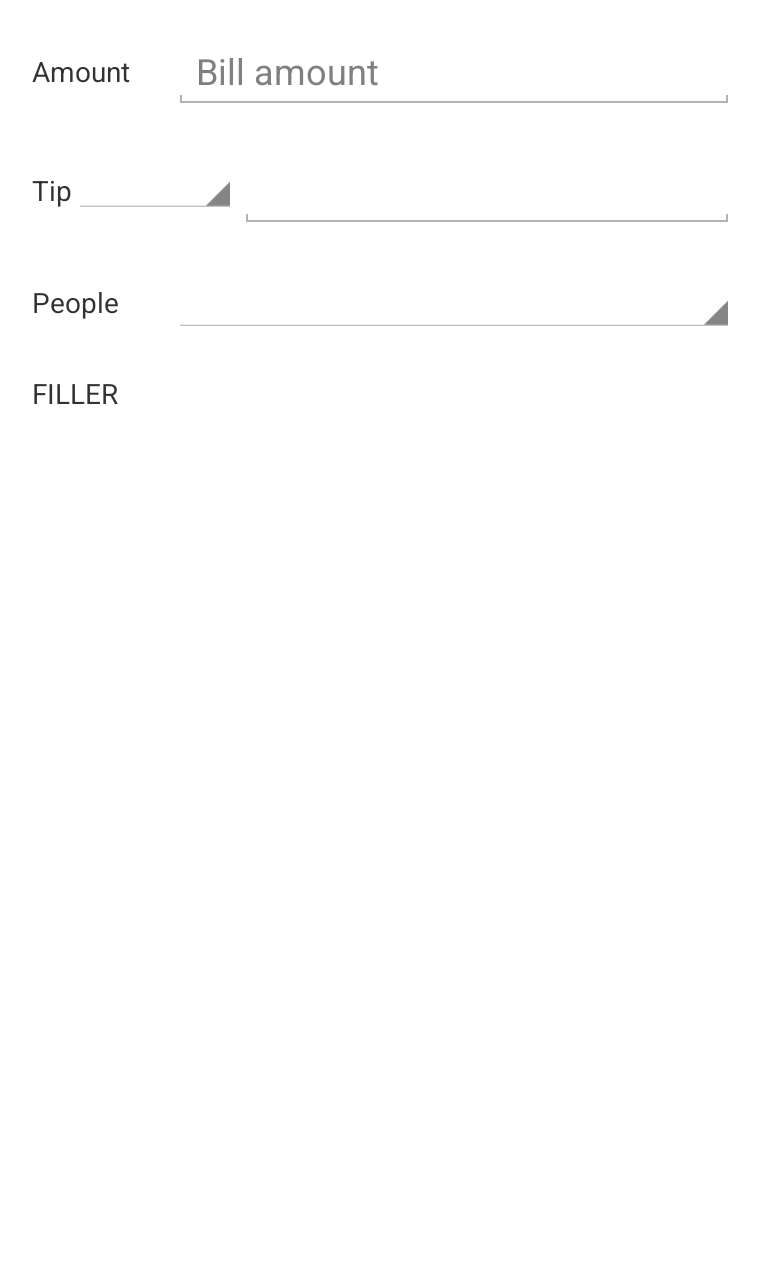
Repository: ericMedeiros93/Android-Dev
Layout: TipSplit/res/layout/activity_main.xml
The author's editor kept a copy of each file at every save. The layout is drawn from the files as they stood at one save, then again after the next save.
It is drawn on a 768 x 1280 px phone screen (xhdpi) without system bars, with theme AppTheme; the app's code is not run.

Above is the layout before, as saved 2014-09-12 15:39:05.

After the next save:
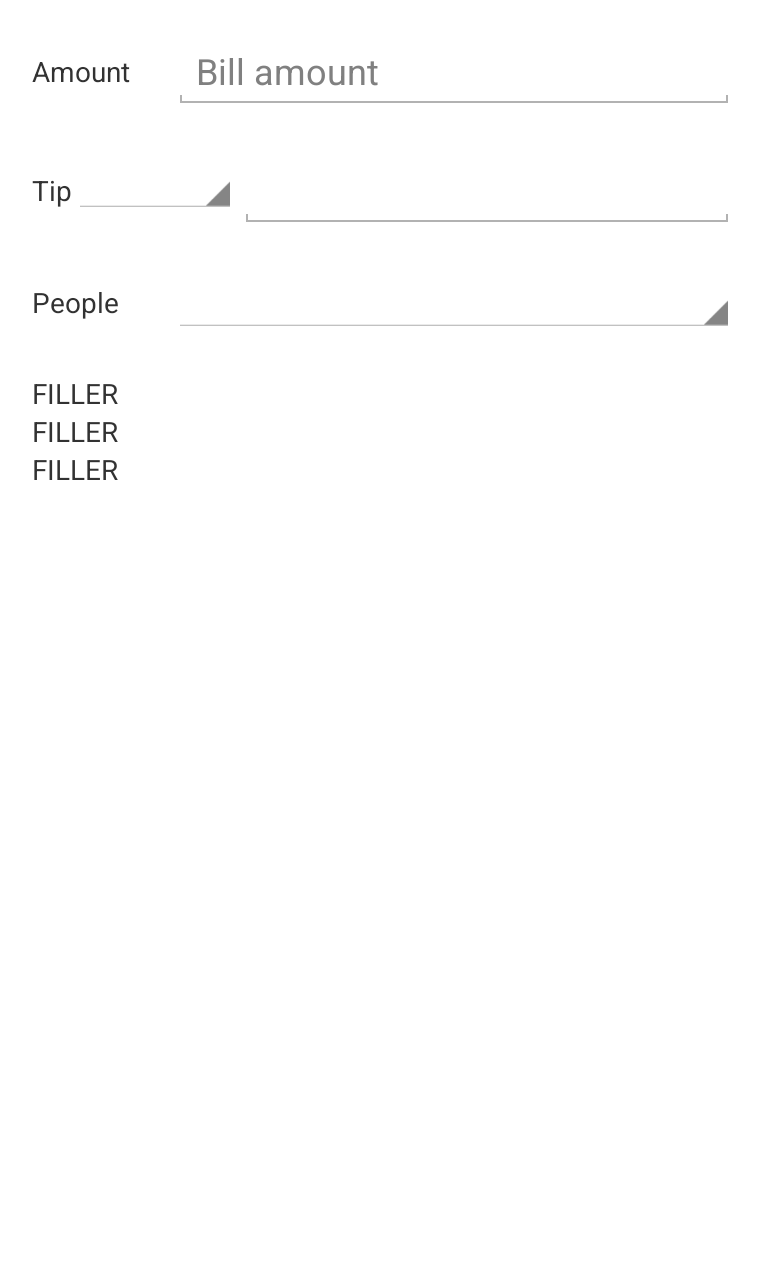
Saved 39 s later.
--- a/TipSplit/res/layout/activity_main.xml
+++ b/TipSplit/res/layout/activity_main.xml
@@ -79,7 +79,8 @@
 
     <LinearLayout
         android:layout_width="match_parent"
-        android:layout_height="wrap_content">
+        android:layout_height="wrap_content"
+        android:orientation="vertical">
         <TextView
             android:id="@+id/tipTotal"
             android:layout_width="match_parent"
